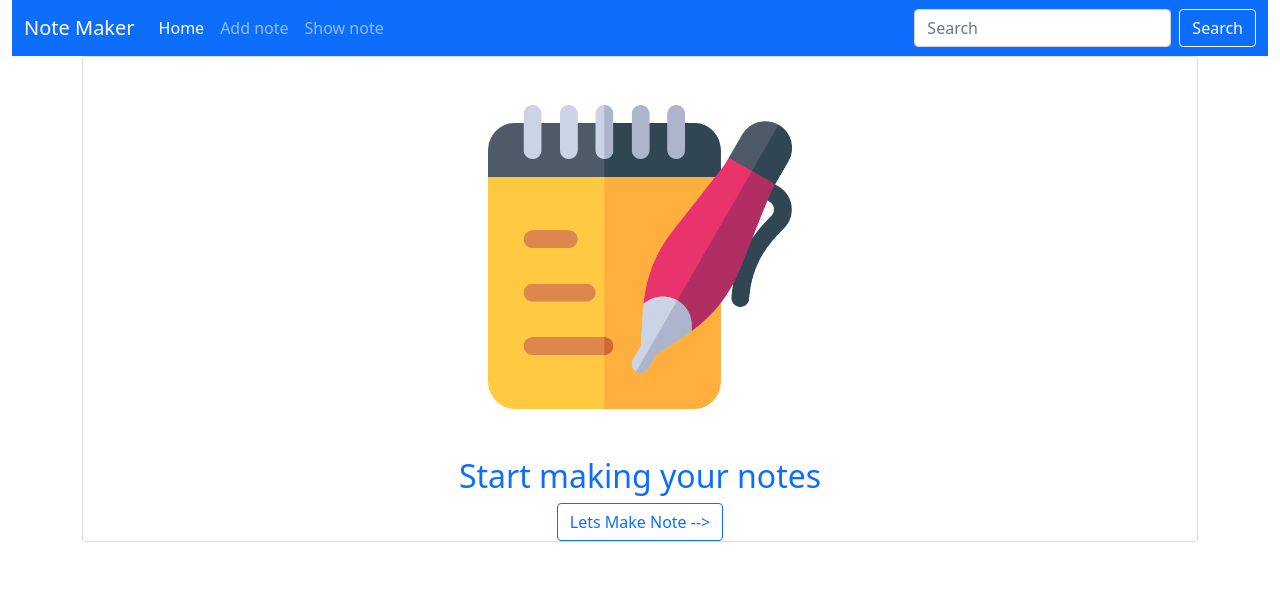
Repository: sachin1830/hibernateproject
Page: http://localhost/com.todolist/
The author's editor kept a copy of each file at every save. The page is drawn from the files as they stood at one save, then again after the next save.
The browser window is 1280 px wide. The pictures show the whole page.
Some web libraries are served in a nearby version. The page is served by Tomcat 9.

Above is the page before, as saved 2021-01-23 06:04:01.

After the next save:
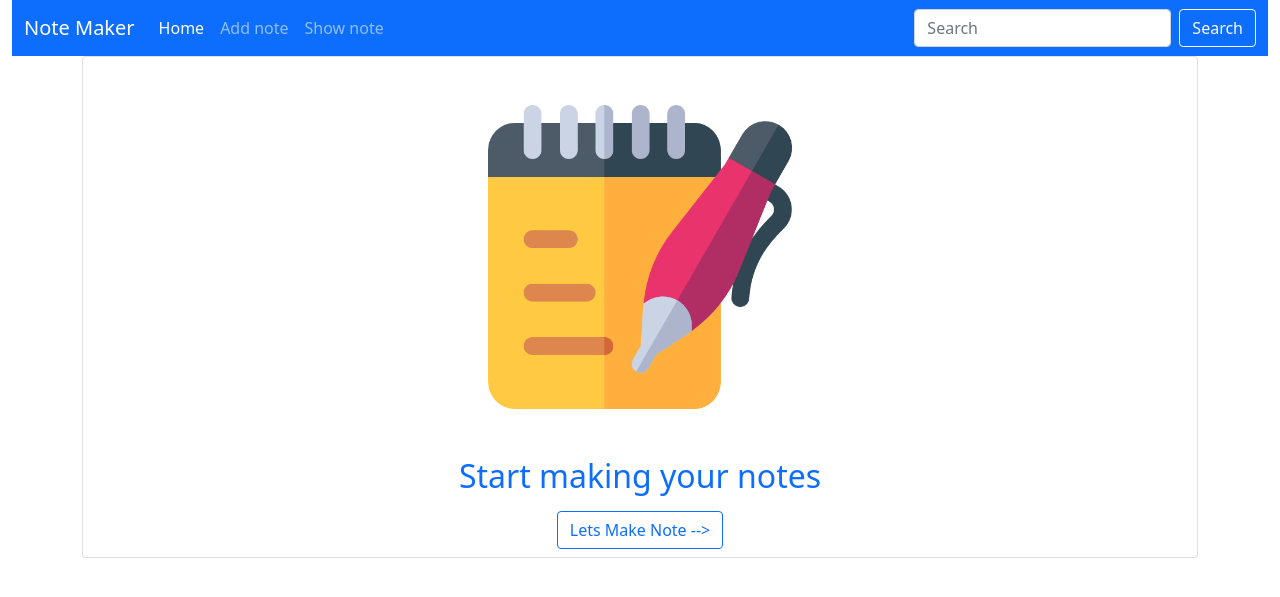
Saved 20 s later.
--- a/com.todolist/src/main/webapp/index.jsp
+++ b/com.todolist/src/main/webapp/index.jsp
@@ -19,7 +19,7 @@
   			<img src="img/notes.png" alt="image not found" style="max-width:400px" class="img-fluid mx-auto p-5">
   			<h2 class="text-center text-primary">Start making your notes </h2>
   			<div class="container text-center">
-  			<a class="btn btn-outline-primary">Lets Make Note --></a>
+  			<a class="btn btn-outline-primary m-2">Lets Make Note --></a>
   			</div>
 
   		</div>
